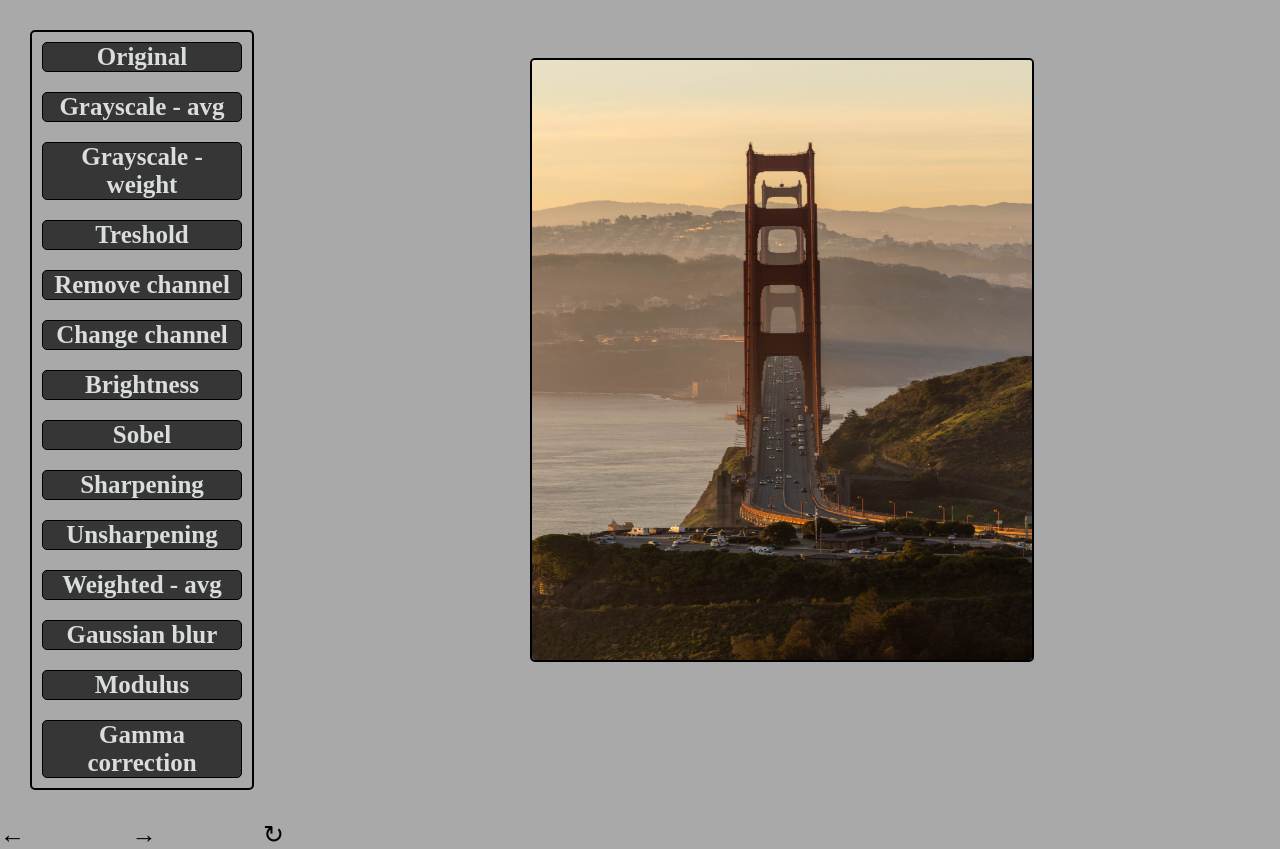
Repository: fussionko/web_photoshop
Page: index.html
These files come from the project's save history. The page is drawn as it stood at one moment and after the next save; the edit follows.
The browser window is 1280 px wide. The pictures show the whole page.
Some web libraries are served in a nearby version.

Above is the page before, as saved 2022-05-11 16:11:06.

After the next save:
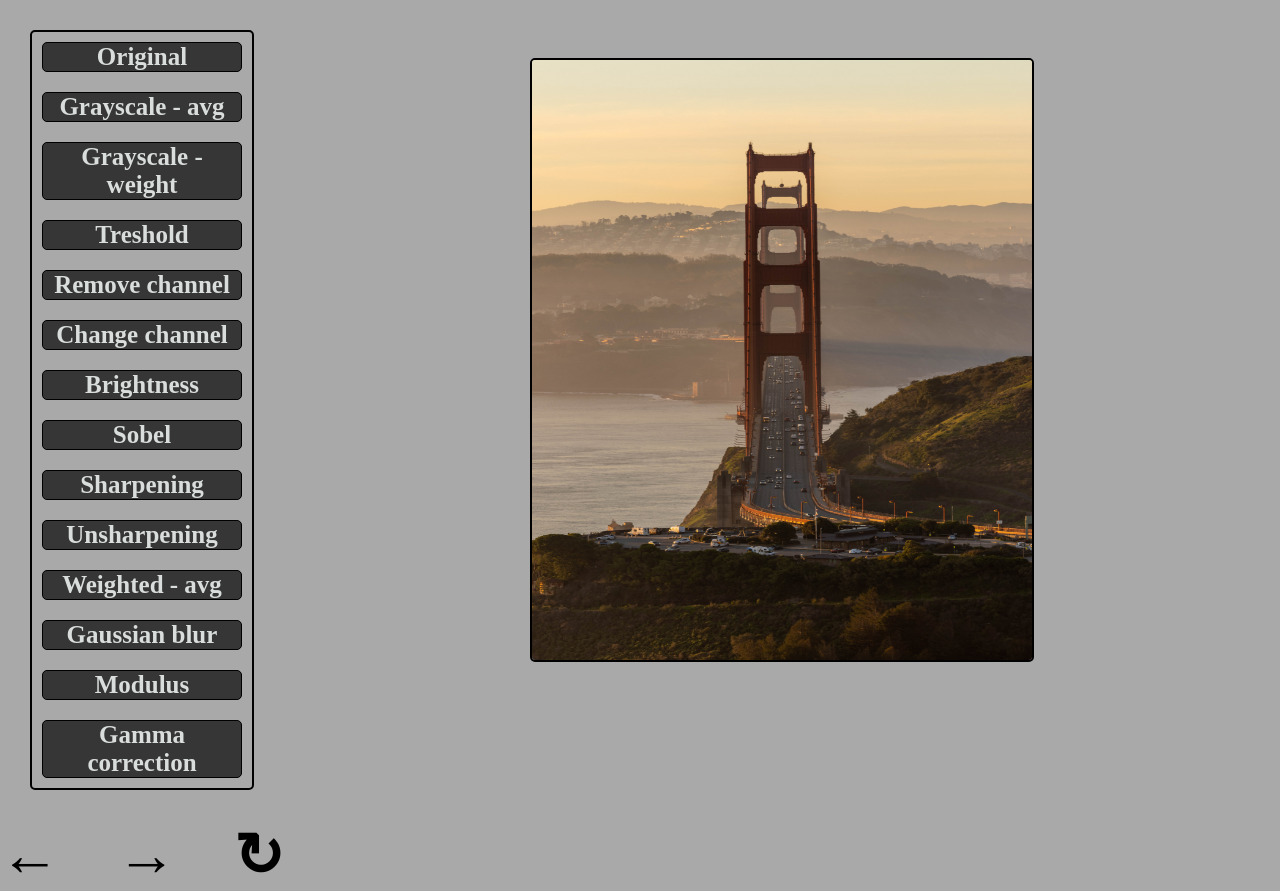
Saved 31 s later.
--- a/style.css
+++ b/style.css
@@ -81,5 +81,6 @@ body {
 }
 
 .h-part {
-    font-weight: 1200;
+    font-size: 60px;
+    font-weight: 600;
 }
